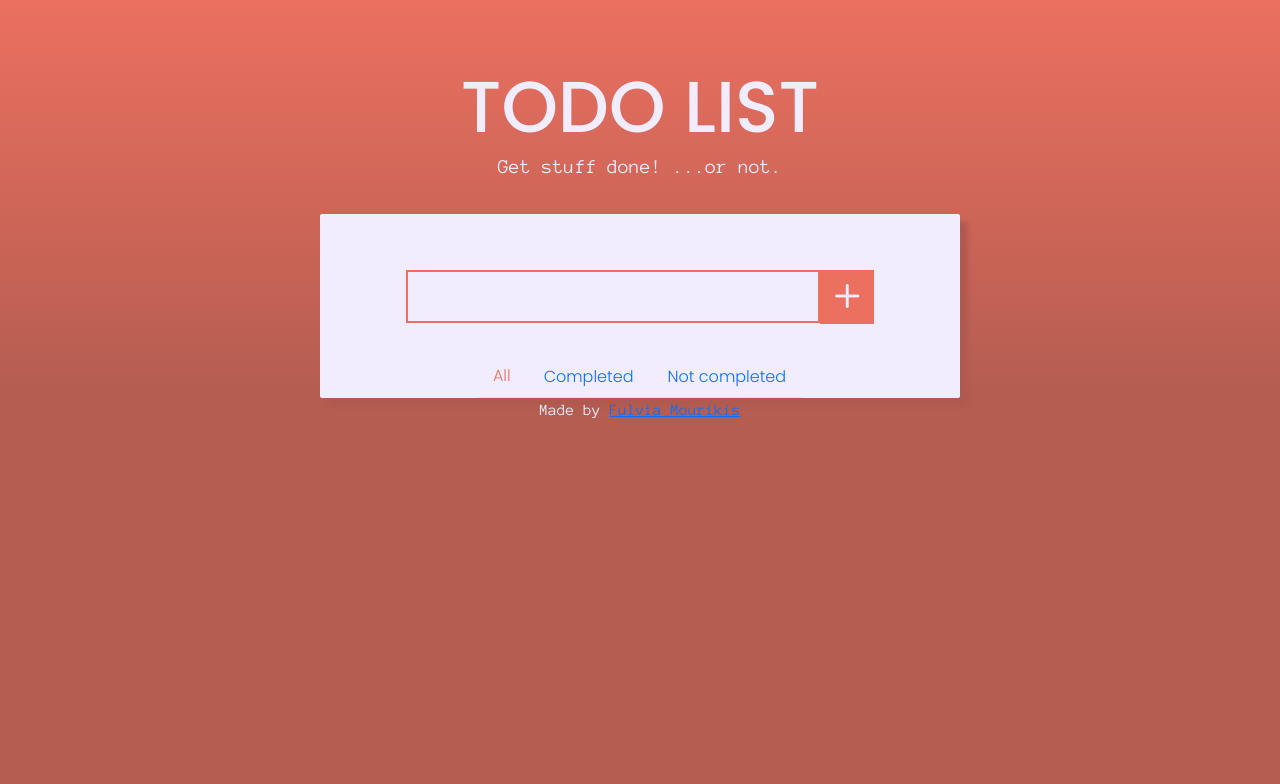
Repository: zum281/todo-list
Page: index.html
These files come from the project's save history. The page is drawn as it stood at one moment and after the next save; the edit follows.
The browser window is 1280 px wide. The pictures show the whole page.
Some web libraries are served in a nearby version. The style sheet was rebuilt from its Sass, Less or Tailwind sources for each picture, by a compiler version that may differ from the author's.

Above is the page before, as saved 2021-03-07 15:23:26.

### index.html
<!DOCTYPE html>
<html lang="en">

    <head>
        <meta charset="UTF-8">
        <meta http-equiv="X-UA-Compatible" content="IE=edge">
        <meta name="viewport" content="width=device-width, initial-scale=1.0">

        <!-- Bootstrap CSS -->
        <link href="https://cdn.jsdelivr.net/npm/bootstrap@5.0.0-beta2/dist/css/bootstrap.min.css" rel="stylesheet"
            integrity="sha384-BmbxuPwQa2lc/FVzBcNJ7UAyJxM6wuqIj61tLrc4wSX0szH/Ev+nYRRuWlolflfl" crossorigin="anonymous">
        <!-- Option 1: Bootstrap Bundle with Popper -->
        <script src="https://cdn.jsdelivr.net/npm/bootstrap@5.0.0-beta2/dist/js/bootstrap.bundle.min.js"
            integrity="sha384-b5kHyXgcpbZJO/tY9Ul7kGkf1S0CWuKcCD38l8YkeH8z8QjE0GmW1gYU5S9FOnJ0" crossorigin="anonymous">
        </script>
        <link rel="stylesheet" href="https://cdn.jsdelivr.net/npm/bootstrap-icons@1.4.0/font/bootstrap-icons.css">
        <!--Jquery-->
        <script src="https://code.jquery.com/jquery-3.6.0.min.js"
            integrity="sha256-/xUj+3OJU5yExlq6GSYGSHk7tPXikynS7ogEvDej/m4=" crossorigin="anonymous"></script>

        <link rel="stylesheet" href="css/main.css">
        <title>Todo List</title>
    </head>

    <body>
        <h1 class="title">TODO LIST</h1>
        <p class="lead">Get stuff done! ...or not.</p>
        <div class="container main">
            <div class="add-todo-box">
                <input type="text" name="add-todo" id="add-todo">
                <div class="icon" id="add-todo-btn"><i class="bi bi-plus"></i></div>
            </div>
            <div class="todo-list-container">
                <ul class="todo-list"></ul>
            </div>
            <div class="tabs">
                <ul class="nav nav-tabs">
                    <li class="nav-item">
                        <span class="nav-link active" id="show-all">All</span>
                    </li>
                    <li class="nav-item">
                        <span class="nav-link" id="show-completed">Completed</span>
                    </li>
                    <li class="nav-item">
                        <span class="nav-link" id="show-not-completed">Not completed</span>
                    </li>
                </ul>
            </div>
        </div>
        <script src="js/main.js"></script>

        <footer>
            <p>Made by <a href="https://www.github.com/zum281">Fulvia Mourikis</a></p>
        </footer>
    </body>

</html>

### js/main.js
const add_todo_btn = $("#add-todo-btn");
const add_todo_input = $("#add-todo");
const todo_list_container = $(".todo-list-container");
const todo_list = $(".todo-list");
let todos = [];
let completed_todos = [];
$(document).ready(function () {
    $("#show-all").trigger("click");
    add_todo_btn.click(() => {
        let new_todo = add_todo_input.val();
        if (new_todo != "") {
            todos.push(new_todo);

            todo_list_container.show();
            todo_list.append(`
            <li class="todo-item" data-status="not-completed"><span class="todo-text">${new_todo}</span>
                <div class="icons">
                    <div class="icon done"><i class="bi bi-check"></i></div>
                    <div class="icon remove"><i class="bi bi-x"></i></div>
                </div>
            </li>
            `);

            add_todo_input.val("");
        } else {
            alert("puzzi");
        }
    });

    $("#show-all").click(function () {
        $("#show-all").addClass("active");
        $("#show-completed").removeClass("active");
        $("#show-not-completed").removeClass("active");
        todo_list.children().each(function () {
            $(this).show();
        });
    });
    $("#show-completed").click(function () {
        $("#show-all").removeClass("active");
        $("#show-completed").addClass("active");
        $("#show-not-completed").removeClass("active");
        todo_list.children().each(function () {
            if ($(this).attr("data-status") == "completed") $(this).show();
            else $(this).hide();
        });
    });

    $("#show-not-completed").click(function () {
        $("#show-all").removeClass("active");
        $("#show-completed").removeClass("active");
        $("#show-not-completed").addClass("active");
        todo_list.children().each(function () {
            if ($(this).attr("data-status") == "not-completed") $(this).show();
            else $(this).hide();
        });
    });

    $(document).on("click", ".done", function () {
        let todo_el = $(this).parents(".todo-item");
        let todo = todo_el.find(".todo-text");
        todo_el.attr("data-status", "completed");
        console.log(todo_el.attr("data-status"));
        let text = todo.html();
        todo.html(text.strike());
        let pos = todos.indexOf(todo);
        let removedItem = todos.splice(pos, 1); // this is how to remove an item
        completed_todos.push(removedItem);

        if ($("#show-not-completed").hasClass("active")) {
            $("#show-not-completed").trigger("click");
        }
    });
    $(document).on("click", ".remove", function () {
        let removedItem;
        let todo_el = $(this).parents(".todo-item");
        let todo = todo_el.find(".todo-text").html();

        if (todos.includes(todo)) {
            let pos = todos.indexOf(todo);
            removedItem = todos.splice(pos, 1); // this is how to remove an item
        } else {
            let pos = completed_todos.indexOf(todo);
            removedItem = completed_todos.splice(pos, 1); // this is how to remove an item
        }
        todo_el.remove();
    });
});

$(document).keyup(function (e) {
    if (e.key == "Enter") {
        add_todo_btn.trigger("click");
    }
});

### sass/main.scss
@import url("https://fonts.googleapis.com/css2?family=Poppins:wght@300;400;500;600;700&display=swap");
@import url("https://fonts.googleapis.com/css2?family=Anonymous+Pro&display=swap");
@import "_variables";
* {
    margin: 0;
    padding: 0;
    box-sizing: border-box;
}

body {
    min-height: 100vh;
    font-weight: 300;
    font-family: "Poppins";

    background: linear-gradient(
        180deg,
        rgba(235, 112, 96, 1) 0%,
        rgba(181, 93, 81, 1) 50%
    );
    color: $text-main;
}

.title {
    // font-family: "Chelsea Market";
    text-align: center;
    font-size: 54pt;
    color: $not-quite-white;
    margin-top: 4rem;
    margin-bottom: 0.1rem;
}
p {
    font-family: "Anonymous Pro", monospace;
    text-align: center;
    color: $not-quite-white;
    margin-bottom: 2rem;
}

.main {
    min-width: 300px;
    display: flex;
    flex-direction: column;
    align-items: center;
    justify-content: space-between;
    margin-top: 1rem;
    padding: 2.5rem 1.5rem;
    padding-bottom: 0;
    max-width: 50%;
    border-radius: 2px;
    background-color: $not-quite-white;
    box-shadow: 8px 8px 4px #b05a4f;
    .add-todo-box {
        width: 100%;
        display: flex;
        align-items: center;
        justify-content: center;

        input {
            background: transparent;
            width: 70%;
            border: none;
            border: 2px solid $primary-orange;
            line-height: 1;
            padding: 0.5rem;
            font-size: 16px;
            color: #333333;
            &:focus {
                outline: none;
            }
        }
        .icon {
            background-color: $primary-orange;
            display: grid;
            place-items: center;
            width: 45px;
            height: 45px;
            color: $not-quite-white;
            cursor: pointer;

            i {
                font-size: 45px;
                line-height: 1;
            }
        }
    }
    .todo-list-container {
        display: none;
        padding: 1rem;
        width: 100%;

        ul {
            padding-left: 0.5rem;

            .todo-item {
                display: flex;
                align-items: center;
                justify-content: space-between;
                font-size: 24px;
                .icons {
                    display: flex;
                    .icon {
                        display: grid;
                        place-items: center;
                        width: 28px;
                        height: 28px;
                        i {
                            font-size: 24px;
                            line-height: 1;
                        }
                    }
                }
            }
        }
    }

    .tabs {
        margin-top: 2rem;
        margin-bottom: 0;
        .nav {
            justify-content: center;
        }
        .nav-link {
            cursor: pointer;
            transition: none !important;
            background: transparent;
            padding: 0.2rem 2.5rem !important;
            //padding: .5rem 1rem;
        }
        .nav-link.active {
            color: $primary-orange;
            border: none;
        }
        .nav-link:hover {
            border: none;
            color: $primary-orange;
        }
    }
}

.done:hover {
    color: #298920;
}

.remove:hover {
    color: #ea1a0c;
}

@media screen and (min-width: 767px) {
    .main {
        min-width: 600px;
        padding: 3.5rem 1.5rem;
        padding-bottom: 0;

        .add-todo-box {
            input {
                font-size: 22px;
            }
            .icon {
                width: 54px;
                height: 54px;

                i {
                    font-size: 48px;
                }
            }
        }
        .todo-list-container {
            padding: 2.5rem;

            ul {
                padding-left: 1rem;
            }
        }
        .tabs {
            .nav-link {
                padding: 0.5rem 1rem !important;
            }
        }
    }
}

### sass/_variables.scss
$primary-orange: #eb7060;
$dark-orange: #b55d51;
$text-main: #383837;
$text-light: #525151;
$not-quite-white: #f1edff;

After the next save:
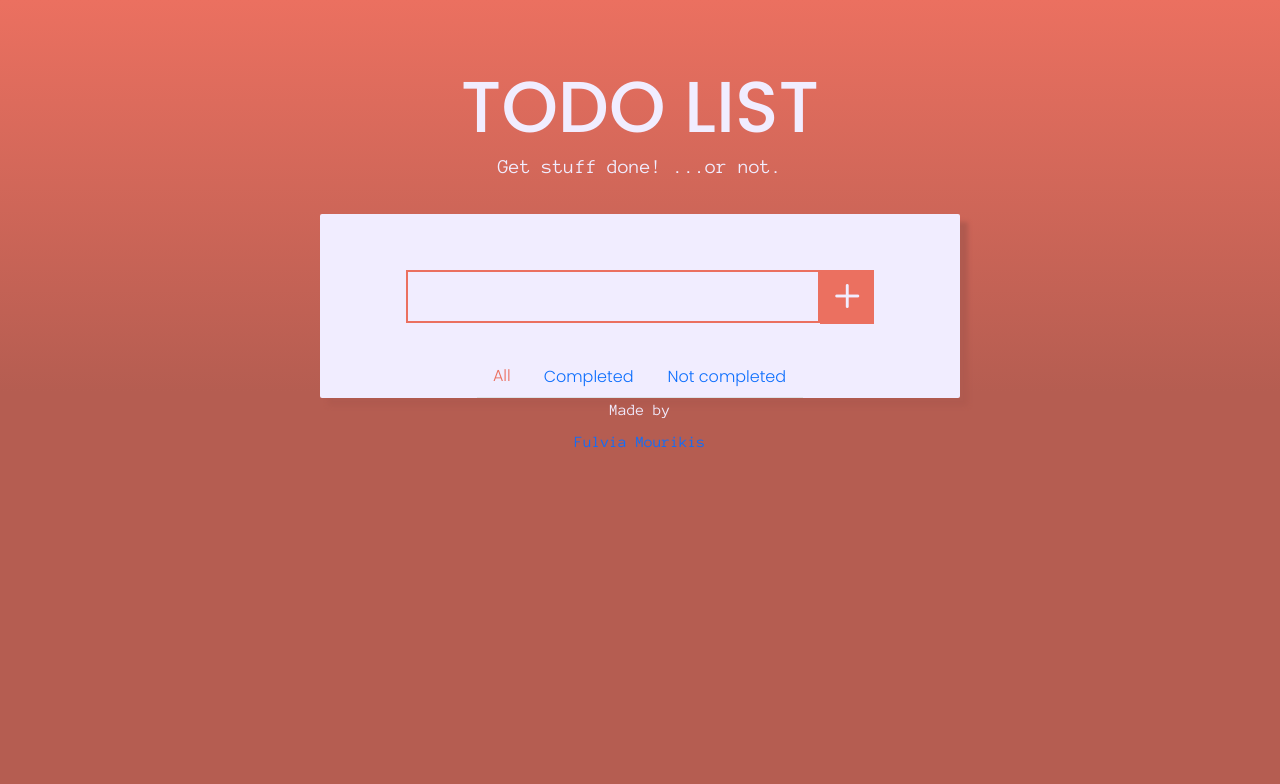
Saved 32 s later.
--- a/index.html
+++ b/index.html
@@ -50,7 +50,8 @@
         <script src="js/main.js"></script>
 
         <footer>
-            <p>Made by <a href="https://www.github.com/zum281">Fulvia Mourikis</a></p>
+            <p class="footer-text">Made by <a class="nav-link" href="https://www.github.com/zum281">Fulvia Mourikis</a>
+            </p>
         </footer>
     </body>
 

After the save that followed:
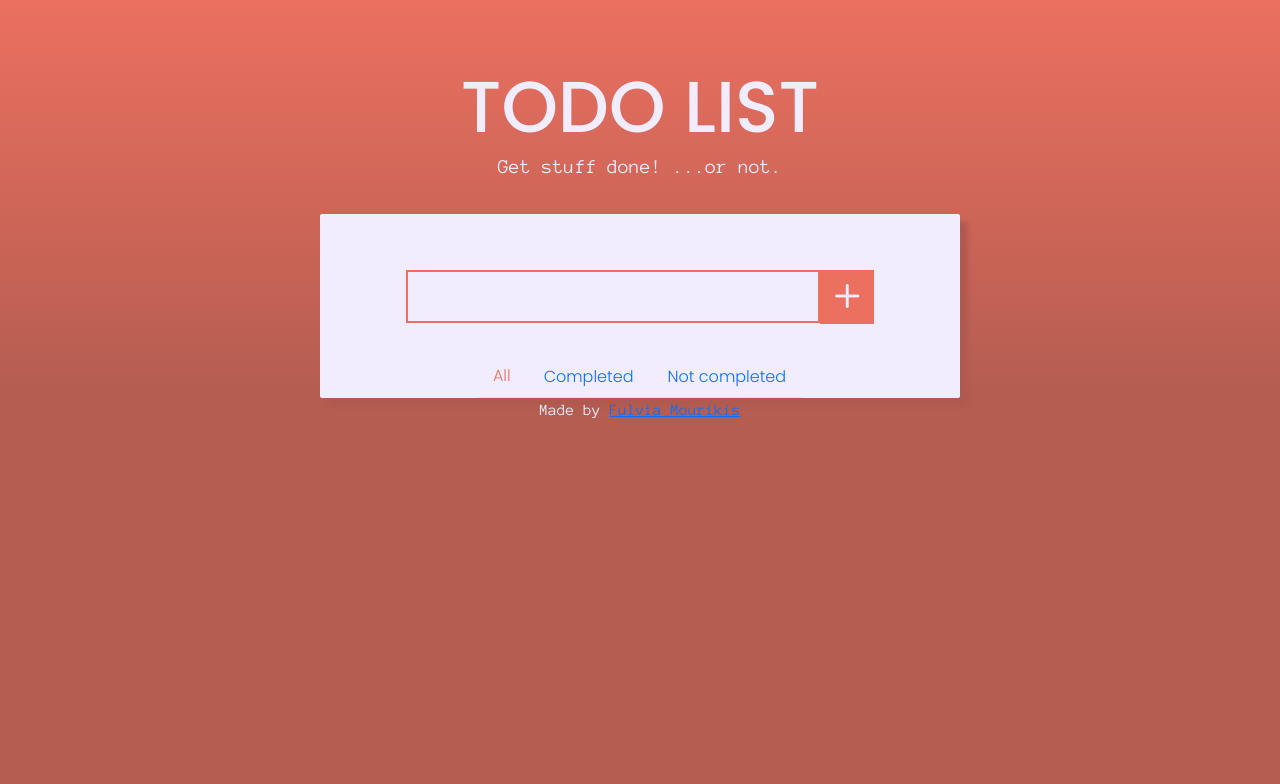
Saved 6 s later.
--- a/index.html
+++ b/index.html
@@ -50,7 +50,8 @@
         <script src="js/main.js"></script>
 
         <footer>
-            <p class="footer-text">Made by <a class="nav-link" href="https://www.github.com/zum281">Fulvia Mourikis</a>
+            <p class="footer-text">Made by <a class="footer-link" href="https://www.github.com/zum281">Fulvia
+                    Mourikis</a>
             </p>
         </footer>
     </body>
